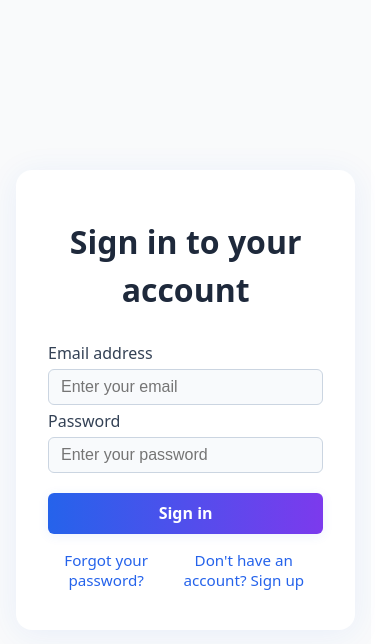
Repository: him021204/Task-Manager
Page: / (app in client/)
An editor plug-in stored every save of this project. The page is shown before and after the next save, followed by the edit.
The browser window is 375 px wide. The pictures show the whole page.
The page's requests for data from a server got no answer. The project was rebuilt for these pictures with package versions that can differ from the ones it lists, and the page was loaded fresh each time. No one was signed in, and anything a server would have sent is missing. Also part of the build but not shown: client/vite.config.js, client/src/pages/Dashboard.css, client/src/pages/Dashboard.jsx, client/src/pages/Register.css, client/src/pages/Register.jsx, client/src/pages/Analytics.css, client/src/pages/Analytics.jsx, client/src/pages/CalendarView.css and 1 more.

Above is the page before, as saved 2025-06-19 19:52:20.

After the next save:
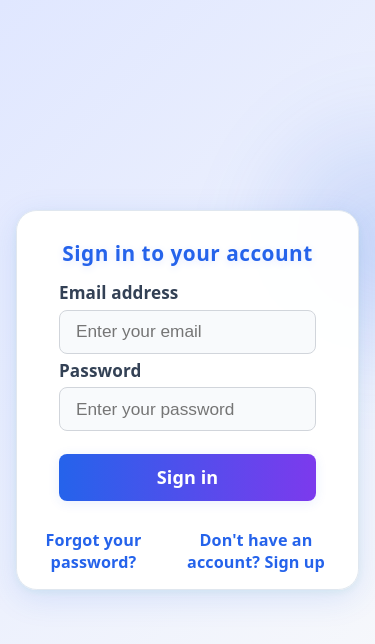
Saved 3 min 40 s later.
--- a/client/src/pages/Login.css
+++ b/client/src/pages/Login.css
@@ -1,66 +1,118 @@
+/* Background with gradient and subtle pattern */
 .login-bg {
   min-height: 100vh;
-  width: 99vw;
+  width: 100vw;
   display: flex;
   align-items: center;
   justify-content: center;
-  background: #f9fafb;
+  background: linear-gradient(135deg, #e0e7ff 0%, #f9fafb 100%);
   padding: 3rem 1rem;
+  position: relative;
+  overflow: hidden;
 }
 
+/* Decorative blurred circle for depth */
+.login-bg::before {
+  content: "";
+  position: absolute;
+  top: 10%;
+  left: 60%;
+  width: 320px;
+  height: 320px;
+  background: radial-gradient(circle, #2563eb33 0%, transparent 70%);
+  filter: blur(30px);
+  z-index: 0;
+  pointer-events: none;
+}
+
+/* Glassy login card */
 .login-container {
   width: 100%;
-  max-width: 400px;
-  background: #fff;
-  border-radius: 1rem;
-  box-shadow: 0 4px 32px rgba(37, 99, 235, 0.08);
-  padding: 2.5rem 2rem;
+  max-width: 410px;
+  background: rgba(255,255,255,0.97);
+  border-radius: 1.3rem;
+  box-shadow: 0 8px 32px rgba(37, 99, 235, 0.13), 0 2px 8px rgba(16, 185, 129, 0.08);
+  padding: 2.7rem 2.2rem 2rem 2.2rem;
   margin: 0 auto;
+  border: 1.5px solid #e0e7ef;
+  transition: box-shadow 0.2s;
+  backdrop-filter: blur(2px);
+  position: relative;
+  z-index: 1;
+  display: flex;
+  flex-direction: column;
+  align-items: center;
+}
+
+/* Logo or avatar area */
+.login-avatar {
+  width: 64px;
+  height: 64px;
+  border-radius: 50%;
+  background: linear-gradient(135deg, #2563eb 60%, #7c3aed 100%);
+  display: flex;
+  align-items: center;
+  justify-content: center;
+  margin: 0 auto 1.1rem auto;
+  box-shadow: 0 2px 12px rgba(37, 99, 235, 0.10);
+}
+.login-avatar svg {
+  width: 38px;
+  height: 38px;
+  color: #fff;
 }
 
 .login-title {
   margin-top: 0.5rem;
   text-align: center;
-  font-size: 2rem;
-  font-weight: 800;
-  color: #1e293b;
+  font-size: 2.1rem;
+  font-weight: 900;
+  color: #2563eb;
+  letter-spacing: 0.5px;
+  margin-bottom: 0.7rem;
+  text-shadow: 0 2px 8px #e0e7ff;
 }
 
 .login-alert {
   background: #fef2f2;
-  border: 1px solid #fecaca;
+  border: 1.5px solid #fecaca;
   color: #dc2626;
-  padding: 0.75rem 1rem;
-  border-radius: 0.5rem;
-  font-size: 0.95rem;
-  margin-bottom: 1rem;
+  padding: 0.85rem 1.2rem;
+  border-radius: 0.7rem;
+  margin-bottom: 1.1rem;
+  font-size: 1.05rem;
   text-align: center;
+  font-weight: 500;
+  letter-spacing: 0.1px;
 }
 
 .login-label {
   display: block;
-  font-size: 1rem;
-  font-weight: 500;
+  font-size: 1.07rem;
+  font-weight: 600;
   color: #334155;
   margin-bottom: 0.25rem;
+  letter-spacing: 0.1px;
 }
 
 .login-input {
   width: 100%;
-  padding: 0.5rem 0.75rem;
-  border: 1px solid #cbd5e1;
-  border-radius: 0.375rem;
-  font-size: 1rem;
+  padding: 0.65rem 1rem;
+  border: 1.5px solid #d1d5db;
+  border-radius: 0.5rem;
+  font-size: 1.08rem;
   color: #1e293b;
   background: #f8fafc;
   margin-bottom: 0.25rem;
-  transition: border 0.2s;
+  transition: border 0.2s, box-shadow 0.2s;
+  font-weight: 500;
 }
 
 .login-input:focus {
   outline: none;
   border-color: #2563eb;
   background: #fff;
+  box-shadow: 0 0 0 2px #2563eb22;
 }
 
 .login-input.error {
@@ -70,8 +122,9 @@
 
 .login-error {
   color: #dc2626;
-  font-size: 0.95rem;
+  font-size: 0.98rem;
   margin-bottom: 0.5rem;
+  font-weight: 500;
 }
 
 .login-btn {
@@ -79,43 +132,63 @@
   display: flex;
   justify-content: center;
   align-items: center;
-  padding: 0.6rem 0;
-  background: linear-gradient(90deg, #2563eb, #7c3aed);
+  padding: 0.7rem 0;
+  background: linear-gradient(90deg, #2563eb 0%, #7c3aed 100%);
   color: #fff;
-  font-weight: 600;
-  font-size: 1rem;
+  font-weight: 700;
+  font-size: 1.13rem;
   border: none;
-  border-radius: 0.375rem;
-  margin-top: 1rem;
-  margin-bottom: 1rem;
+  border-radius: 0.5rem;
+  margin-top: 1.2rem;
+  margin-bottom: 1.1rem;
   cursor: pointer;
   transition: background 0.2s, box-shadow 0.2s;
-  box-shadow: 0 2px 12px rgba(37, 99, 235, 0.08);
+  box-shadow: 0 2px 12px rgba(37, 99, 235, 0.10);
+  letter-spacing: 0.1px;
 }
 
 .login-btn:disabled {
   background: #cbd5e1;
   cursor: not-allowed;
+  box-shadow: none;
+}
+
+.login-btn:hover:not(:disabled) {
+  background: linear-gradient(90deg, #1d4ed8 0%, #7c3aed 100%);
+  box-shadow: 0 4px 16px rgba(37, 99, 235, 0.13);
 }
 
 .login-links {
   display: flex;
   justify-content: space-between;
   align-items: center;
-  margin-top: 0.5rem;
+  margin-top: 0.7rem;
+  width: 100%;
 }
 
 .login-link-btn {
   background: none;
   border: none;
   color: #2563eb;
-  font-weight: 500;
-  font-size: 0.95rem;
+  font-weight: 600;
+  font-size: 1.01rem;
   cursor: pointer;
   padding: 0;
   transition: color 0.2s;
+  letter-spacing: 0.1px;
 }
 
 .login-link-btn:hover {
   color: #7c3aed;
+  text-decoration: underline;
 }
+
+@media (max-width: 500px) {
+  .login-container {
+    padding: 1.2rem 0.5rem 1rem 0.5rem;
+    min-width: 0;
+  }
+  .login-title {
+    font-size: 1.3rem;
+  }
+}
